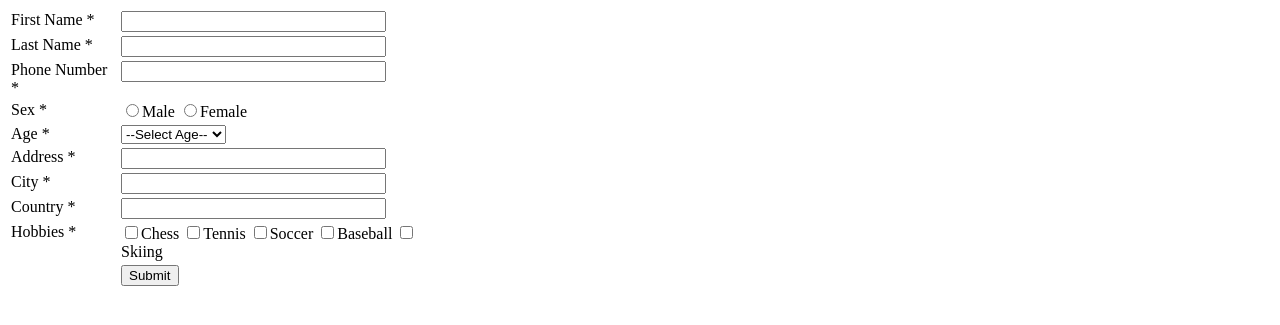
Repository: avsuhas/Java-Project
Page: http://localhost/Employee_Project/jsp/addUser.jsp
The author's editor kept a copy of each file at every save. The page is drawn from the files as they stood at one save, then again after the next save.
The browser window is 1280 px wide. The pictures show the whole page.
The page is served by Tomcat 9. Other server files are loaded and not shown.

Above is the page before, as saved 2017-06-01 15:27:45.

### Employee Project/WebContent/jsp/addUser.jsp
<%@ page language="java" contentType="text/html; charset=UTF-8"
    pageEncoding="UTF-8"%>
<!DOCTYPE html PUBLIC "-//W3C//DTD HTML 4.01 Transitional//EN" "http://www.w3.org/TR/html4/loose.dtd">
<html>
<head>
<meta http-equiv="Content-Type" content="text/html; charset=UTF-8">
<title>Insert title here</title>
</head>
<body>
<form name="myForm" action="#" method="post"  onsubmit="return validateForm()">

<table width="450px" >

	<tr>
 	<td valign="top">
  	<label for="first_name">First Name *</label>
 	</td>
 	<td valign="top">
 	<input type="text" name="firstName"  maxlength="20" size="30" required>
 	<br>
 	</td>
	</tr>

	<tr>
 	<td valign="top">
  	<label for="last_name">Last Name *</label>
 	</td>

 	<td valign="top">
 	<input  type="text" name="last_name" maxlength="20" size="30" required>

 	</td>
	</tr>


	<tr>
 	<td valign="top">
  	<label for="phoneNumber">Phone Number *</label>
 	</td>
 	<td valign="top">
  	<input  type="text" name="phoneno" maxlength="20" size="30" required>
 	</td>
	</tr>


	<tr>
 	<td valign="top">
  	<label for="Sex">Sex *</label>
 	</td>
 	<td valign="top">
 	<input type="radio" name="Sex" value="Male" required>Male
	<input type="radio" name="Sex" value="Female">Female
	</tr>

	<tr>
 	<td valign="top">
  	<label for="Age">Age *</label>
 	</td>
 	<td valign="top">

 	<div id="mycontainer">
            <select id="AgeDropdownId" name="AgeDropdown">
                <option value="0"> --Select Age-- </option>
        </select>
        </div>



 	</td>
	</tr>

	<tr>
 	<td valign="top">
  	<label for="Address">Address *</label>
 	</td>
 	<td valign="top">
  	<input  type="text" name="Address" maxlength="50" size="30" required>
 	</td>
	</tr>


	<tr>
 	<td valign="top">
  	<label for="City">City *</label>
 	</td>
 	<td valign="top">
  	<input  type="text" name="City" maxlength="50" size="30" required>
 	</td>
	</tr>

	<tr>
 	<td valign="top">
  	<label for="Country">Country *</label>
 	</td>
 	<td valign="top">
  	<input  type="text" name="Country" maxlength="50" size="30"required>
 	</td>
	</tr>

	<tr>
 	<td valign="top">
  	<label for="Hobbies">Hobbies *</label>
 	</td>
 	<td valign="top">
  	<input type="checkbox" name="Hobbies" value="Chess">Chess
    <input type="checkbox" name="Hobbies" value="Tennis">Tennis
   	<input type="checkbox" name="Hobbies" value="Soccer">Soccer
 	<input type="checkbox" name="Hobbies" value="Baseball">Baseball
 	<input type="checkbox" name="Hobbies" value="Skiing">Skiing
 	</td>
	</tr>



	<tr>
 	<td valign="top">
 	</td>
 	<td valign="top">

  	<input type="submit" value = "Submit" class="sbmtBtn" />
 	</td>
	</tr>


 	</table>


</form>


</body>
</html>

After the next save:
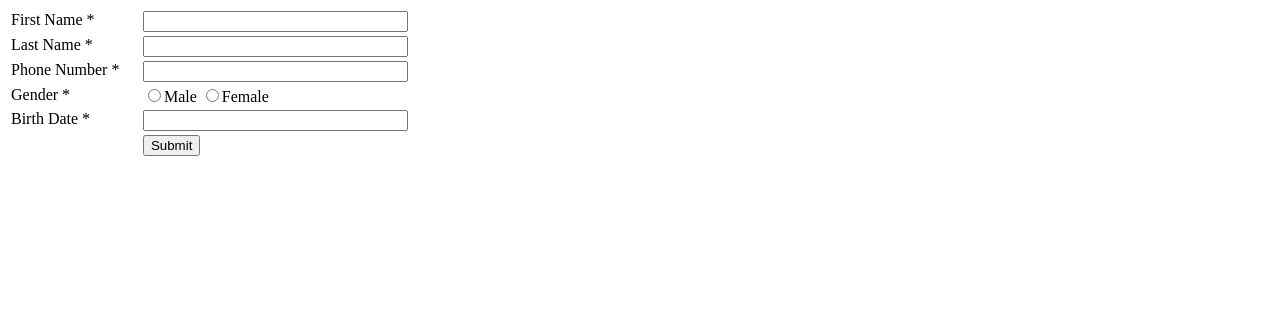
Saved 2 min 52 s later.
--- a/Employee Project/WebContent/jsp/addUser.jsp
+++ b/Employee Project/WebContent/jsp/addUser.jsp
@@ -45,70 +45,25 @@
 
 	<tr>
  	<td valign="top">
-  	<label for="Sex">Sex *</label>
+  	<label for="Sex">Gender *</label>
  	</td>
  	<td valign="top">
  	<input type="radio" name="Sex" value="Male" required>Male
 	<input type="radio" name="Sex" value="Female">Female
 	</tr>
 
-	<tr>
- 	<td valign="top">
-  	<label for="Age">Age *</label>
- 	</td>
- 	<td valign="top">
-
- 	<div id="mycontainer">
-            <select id="AgeDropdownId" name="AgeDropdown">
-                <option value="0"> --Select Age-- </option>
-        </select>
-        </div>
-
-
-
- 	</td>
-	</tr>
 
 	<tr>
  	<td valign="top">
-  	<label for="Address">Address *</label>
+  	<label for="birthDate">Birth Date *</label>
  	</td>
  	<td valign="top">
-  	<input  type="text" name="Address" maxlength="50" size="30" required>
+  	<input  type="text" name="birthDate" maxlength="20" size="30" required>
  	</td>
 	</tr>
 
 
-	<tr>
- 	<td valign="top">
-  	<label for="City">City *</label>
- 	</td>
- 	<td valign="top">
-  	<input  type="text" name="City" maxlength="50" size="30" required>
- 	</td>
-	</tr>
 
-	<tr>
- 	<td valign="top">
-  	<label for="Country">Country *</label>
- 	</td>
- 	<td valign="top">
-  	<input  type="text" name="Country" maxlength="50" size="30"required>
- 	</td>
-	</tr>
-
-	<tr>
- 	<td valign="top">
-  	<label for="Hobbies">Hobbies *</label>
- 	</td>
- 	<td valign="top">
-  	<input type="checkbox" name="Hobbies" value="Chess">Chess
-    <input type="checkbox" name="Hobbies" value="Tennis">Tennis
-   	<input type="checkbox" name="Hobbies" value="Soccer">Soccer
- 	<input type="checkbox" name="Hobbies" value="Baseball">Baseball
- 	<input type="checkbox" name="Hobbies" value="Skiing">Skiing
- 	</td>
-	</tr>
 
 
 
